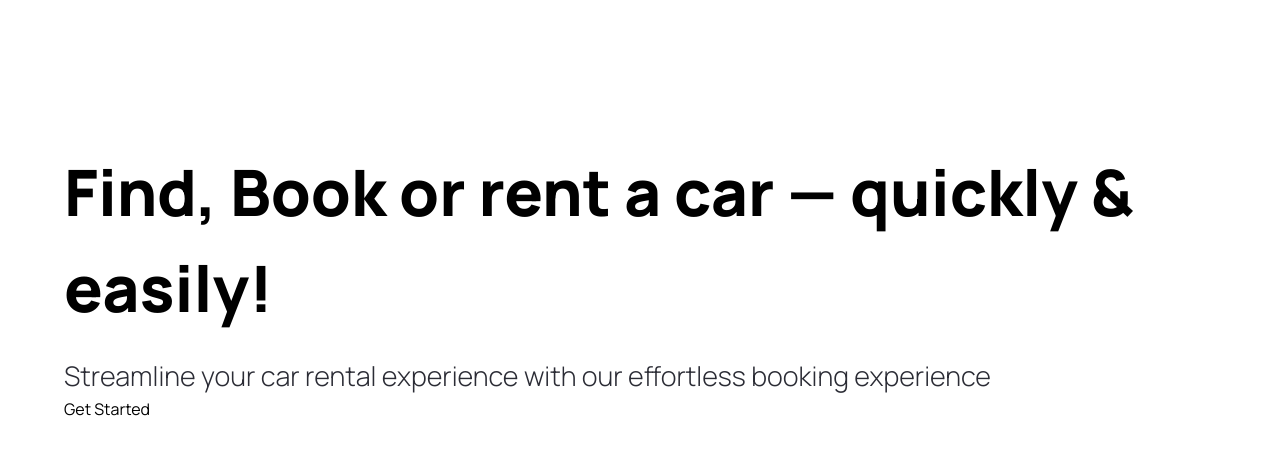
Repository: MikeeBuilds/driver
Page: /
These files come from the project's save history. The page is drawn as it stood at one moment and after the next save; the edit follows.
The browser window is 1280 px wide. The pictures show the whole page.
The project was rebuilt for these pictures with package versions that can differ from the ones it lists, and the page was loaded fresh each time. The framework's server and built-in components were replaced by stand-ins that run in the browser. Also part of the build but not shown: next.config.js.

Above is the page before, as saved 2023-06-21 21:45:26.

### app/page.tsx
import Hero from '@/components/Hero'
import Image from 'next/image'

export default function Home() {
  return (
    <main className="overflow-hidden">
      <Hero />
    </main>
  )
}

### components/Hero.tsx
import React from 'react'
import Image from 'next/image'
import CustomButton from './CustomButton'

const Hero = () => {
  return (
    <div className='hero'>
        <div className='flex-1 pt-36 padding-x'>
            <h1 className='hero__title'>
                Find, Book or rent a car — quickly & easily!
            </h1>

            <p className='hero__subtitle'>
                Streamline your car rental experience
                with our effortless booking experience
            </p>

            <CustomButton />
        </div>
    </div>
  )
}

export default Hero

### components/CustomButton.tsx
import Image from "next/image"

const CustomButton = () => {
  return (
        <button
            disabled={true}
            type={"buttton"}
            className={`custom`}
        >
            Get Started
        </button>
  )
}

export default CustomButton

Loaded but not shown: app/layout.tsx (common file); app/globals.css (common file); tailwind.config.js (common file)

After the next save:
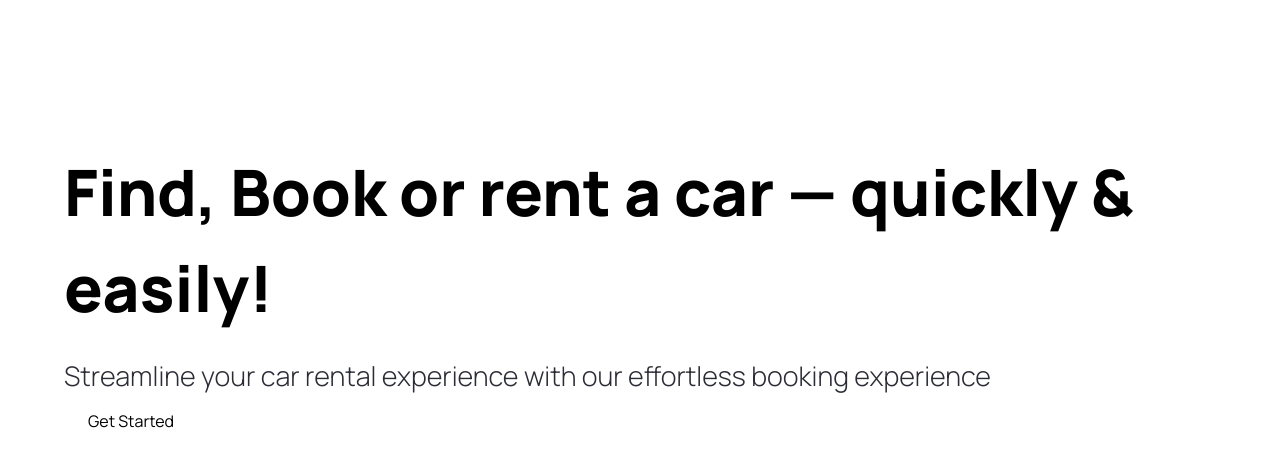
Saved 4 s later.
--- a/components/CustomButton.tsx
+++ b/components/CustomButton.tsx
@@ -5,7 +5,7 @@ const CustomButton = () => {
         <button
             disabled={true}
             type={"buttton"}
-            className={`custom`}
+            className={`custom-btn`}
         >
             Get Started
         </button>
